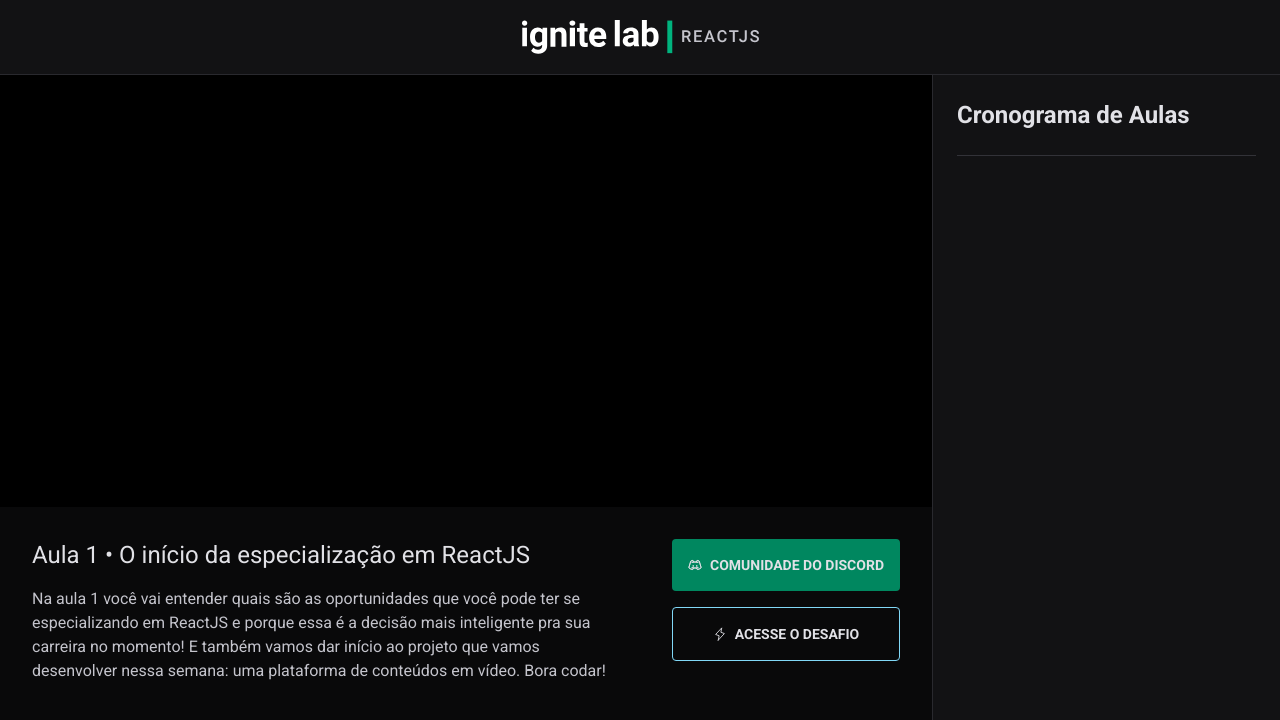
Repository: guilhermecardoso93/ignitelab
Page: /event
An editor plug-in stored every save of this project. The page is shown before and after the next save, followed by the edit.
The browser window is 1280 px wide. The pictures show the whole page.
The page's requests for data from a server got no answer. The project was rebuilt for these pictures with package versions that can differ from the ones it lists, and the page was loaded fresh each time. No one was signed in, and anything a server would have sent is missing. Also part of the build but not shown: vite.config.ts, src/components/Lesson/index.tsx.

Above is the page before, as saved 2022-06-23 20:28:14.

After the next save:
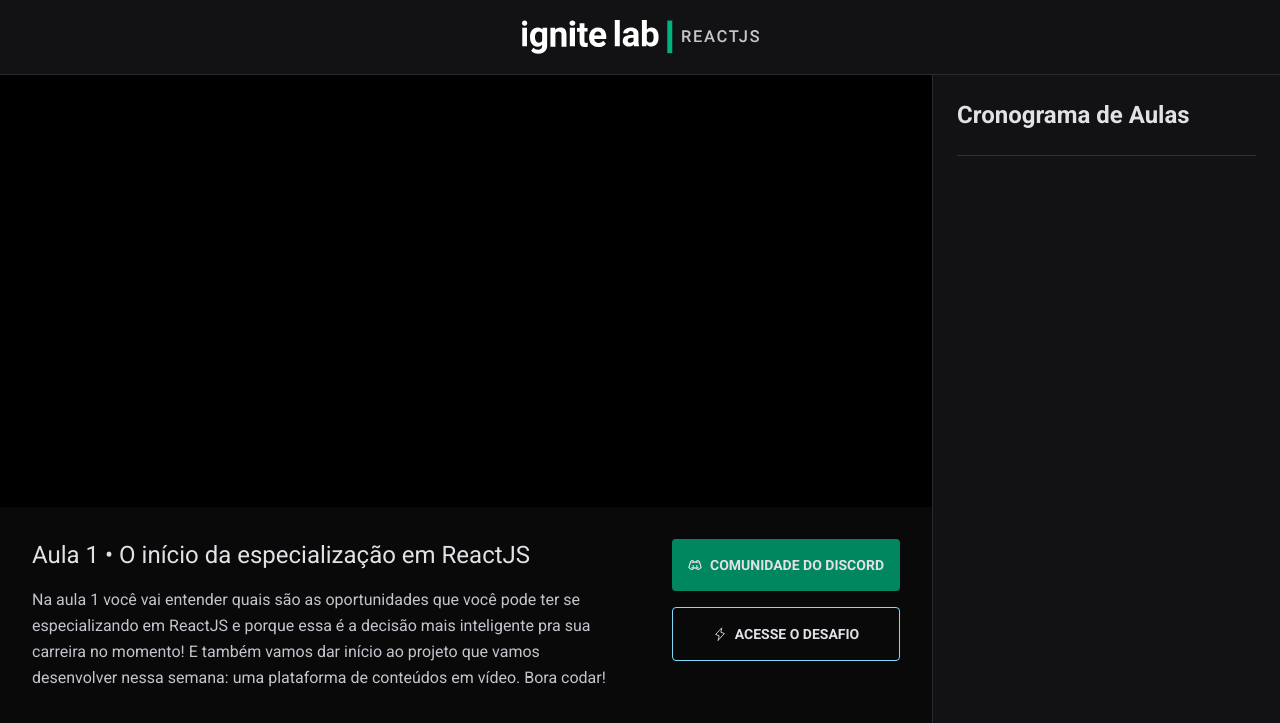
Saved 10 min 31 s later.
--- a/src/components/Video/index.tsx
+++ b/src/components/Video/index.tsx
@@ -12,7 +12,7 @@
             <h1 className="text-2xl fot-bold">
               Aula 1 • O início da especialização em ReactJS
             </h1>
-            <p className="mt-4 text-gray-200">
+            <p className="mt-4 text-gray-200 leading-relaxed">
               Na aula 1 você vai entender quais são as oportunidades que você
               pode ter se especializando em ReactJS e porque essa é a decisão
               mais inteligente pra sua carreira no momento! E também vamos dar
